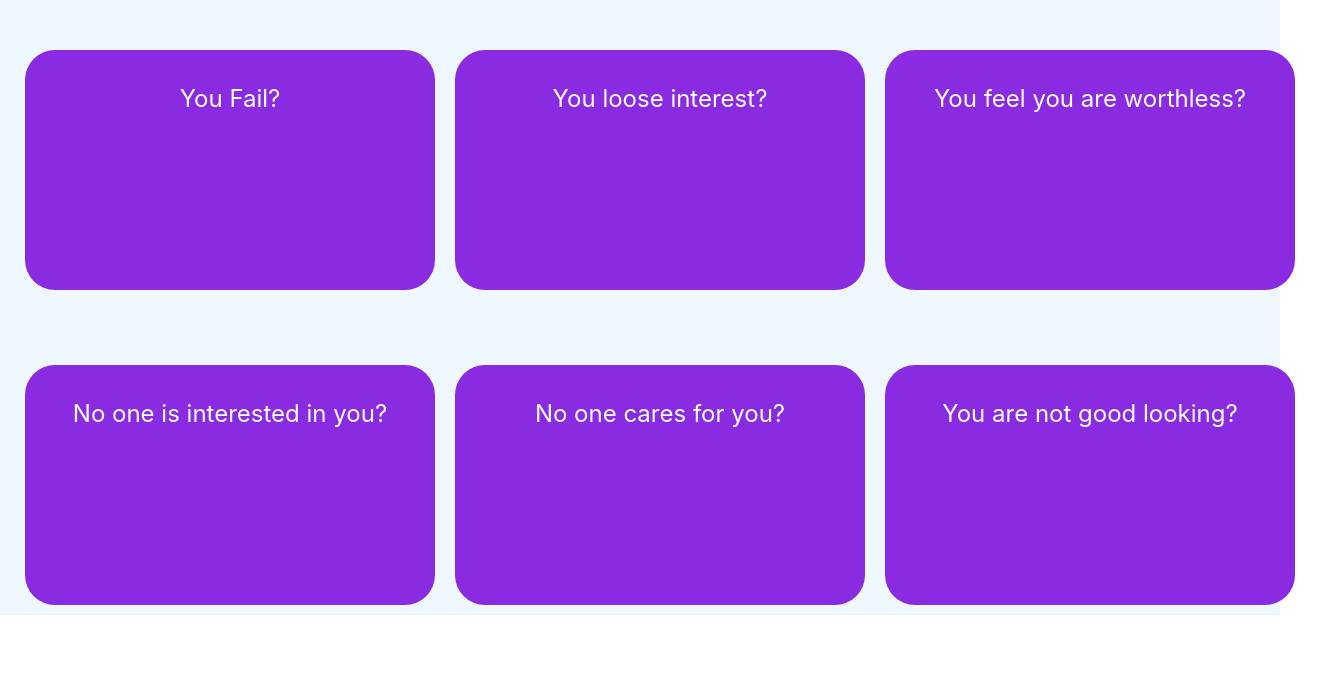
Repository: thai-shriya/anxiety-tracker
Page: /
The author's editor kept a copy of each file at every save. The page is drawn from the files as they stood at one save, then again after the next save.
The browser window is 1280 px wide. The page is 1295 px wide, then 1325 px, then 1295 px, so the pictures cover 1325 px, including what lies to the right of the window. The pictures show the whole page.
The project was rebuilt for these pictures with package versions that can differ from the ones it lists, and the page was loaded fresh each time.

Above is the page before, as saved 2024-04-23 02:22:53.

After the next save:
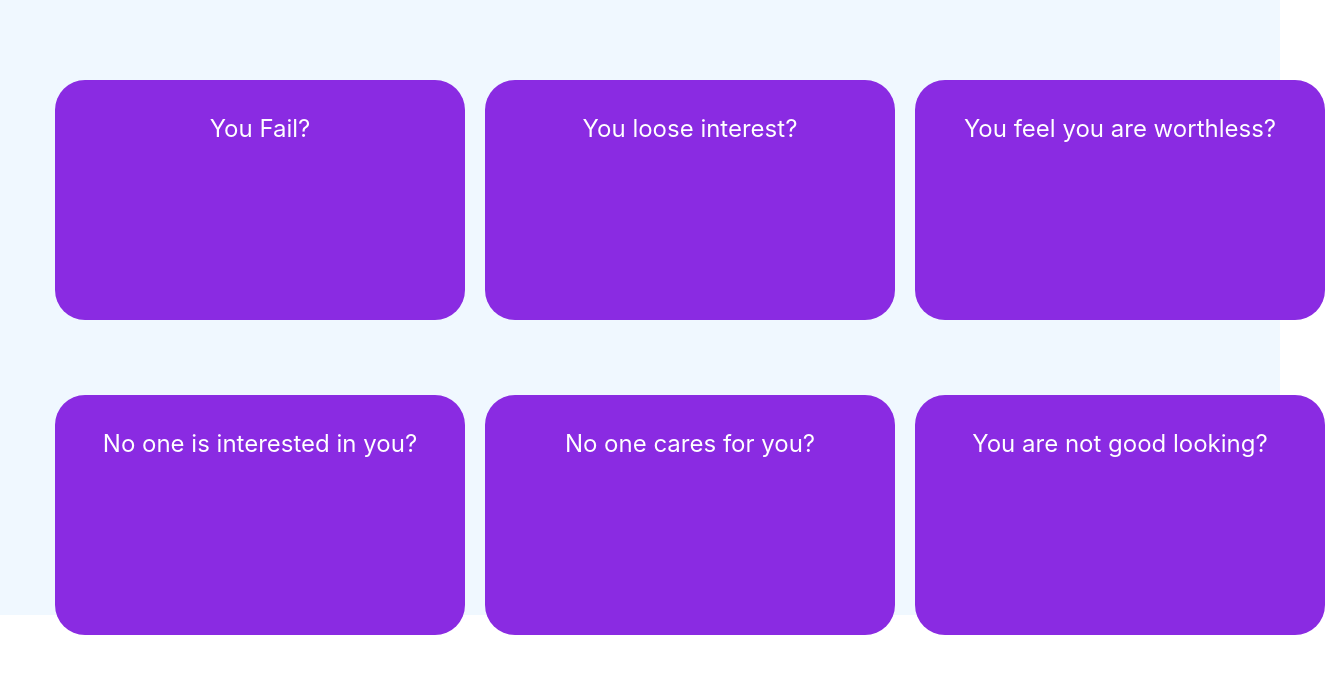
Saved 36 s later.
--- a/src/App.css
+++ b/src/App.css
@@ -23,8 +23,8 @@
   backface-visibility: hidden;
   border-radius: 30px;
   justify-content: center;
-  text-align: justify;
   padding: 10px;
+  margin: 30px;
 }
 
 .front {

After the save that followed:
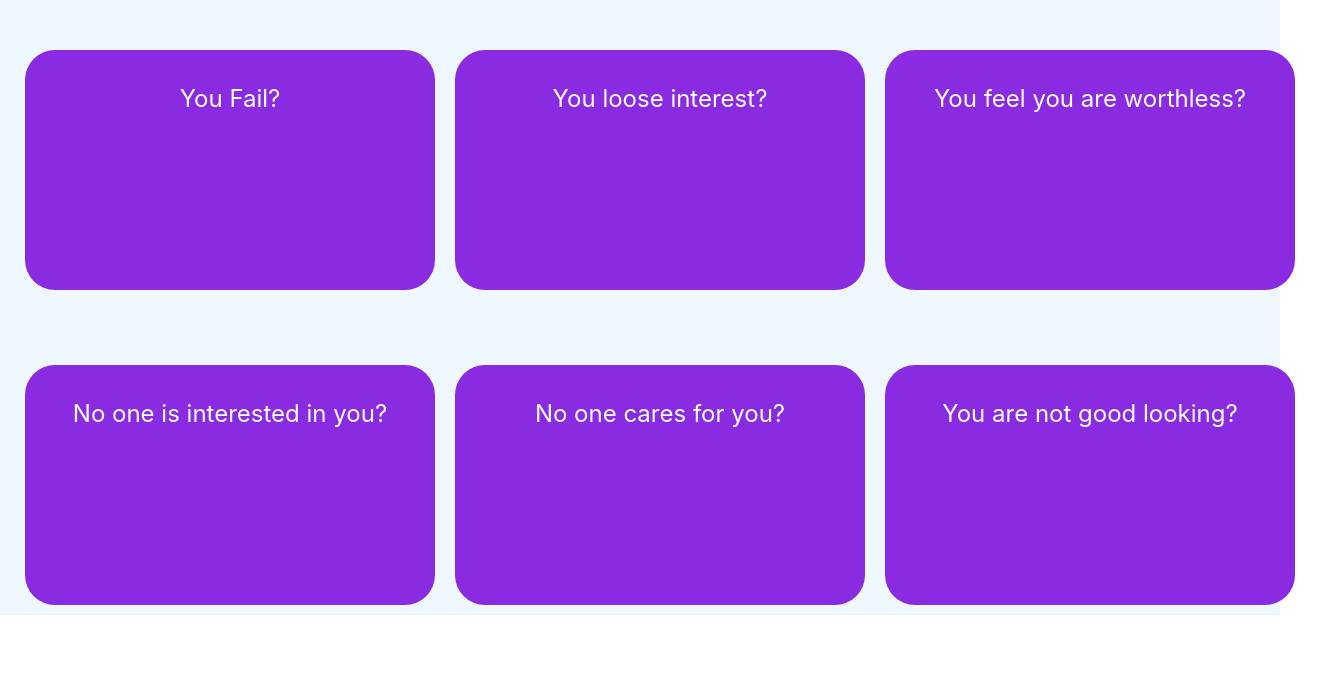
Saved 12 s later.
--- a/src/App.css
+++ b/src/App.css
@@ -24,7 +24,6 @@
   border-radius: 30px;
   justify-content: center;
   padding: 10px;
-  margin: 30px;
 }
 
 .front {
